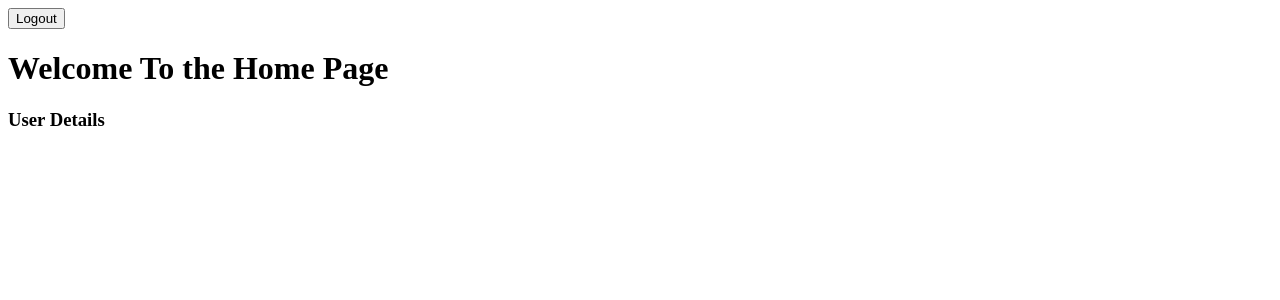
Repository: devgpta19/CDAC-Assignments
Page: http://localhost/CarVehicle/WelcomeHome.jsp
An editor plug-in stored every save of this project. The page is shown before and after a run of saves, followed by the edit.
The browser window is 1280 px wide. The pictures show the whole page.
The page is served by Tomcat 9.

Above is the page before, as saved 2025-12-11 08:53:35.

After the next 7 saves:
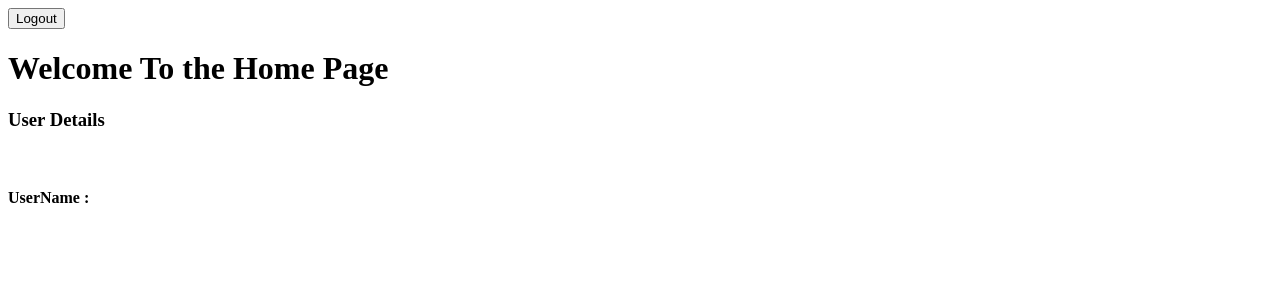
The 7 saves are shown as one change because they came seconds apart.
The last was saved 21 s later.
--- a/Adv.Java/Prac/CarVehicle/src/main/webapp/WelcomeHome.jsp
+++ b/Adv.Java/Prac/CarVehicle/src/main/webapp/WelcomeHome.jsp
@@ -13,7 +13,7 @@
 	<h1>Welcome To the Home Page</h1>
 
 	<h3>User Details</h3><br>
-
+	<h4>UserName : ${user}</h4>
 
 </body>
 </html>
